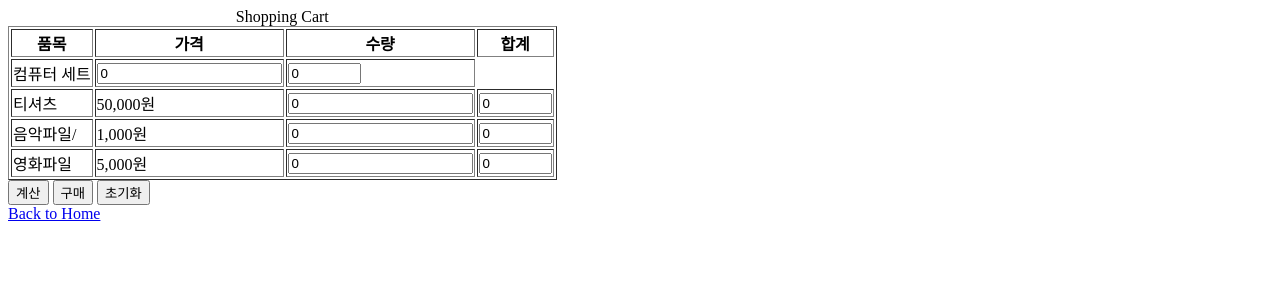
Repository: daehyeonhong/HTML
Page: ch07/WebContent/shopcart.html
The author's editor kept a copy of each file at every save. The page is drawn from the files as they stood at one save, then again after the next save.
The browser window is 1280 px wide. The pictures show the whole page.

Above is the page before, as saved 2020-05-21 05:34:13.

After the next save:
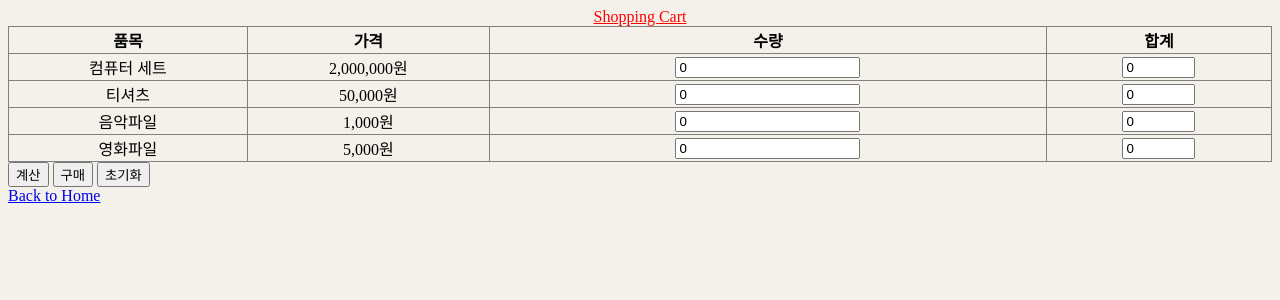
Saved 107 s later.
--- a/ch07/WebContent/shopcart.html
+++ b/ch07/WebContent/shopcart.html
@@ -5,6 +5,23 @@
     <meta charset="UTF-8">
     <meta name="viewport" content="width=device-width, initial-scale=1.0">
     <title>Document</title>
+    <style type="text/css">
+        body {
+            height: 100%;
+            background-color: #f3F1E9;
+        }
+
+        table {
+            width: 100%;
+            border-collapse: collapse;
+            text-align: center;
+        }
+
+        table caption {
+            color: red;
+            text-decoration: underline;
+        }
+    </style>
 </head>
 
 <body>
@@ -19,6 +36,7 @@
             </tr>
             <tr>
                 <td>컴퓨터 세트</td>
+                <td>2,000,000원</td>
                 <td><input type="number" min="0" step="1" value="0"></td>
                 <td><input type="text" size="6" value="0" /></td>
             </tr>
@@ -28,7 +46,7 @@
                 <td><input type="number" min="0" step="1" value="0"></td>
                 <td><input type="text" size="6" value="0" /></td>
             <tr>
-                <td>음악파일/</td>
+                <td>음악파일</td>
                 <td>1,000원</td>
                 <td><input type="number" min="0" step="1" value="0"></td>
                 <td><input type="text" size="6" value="0" /></td>
